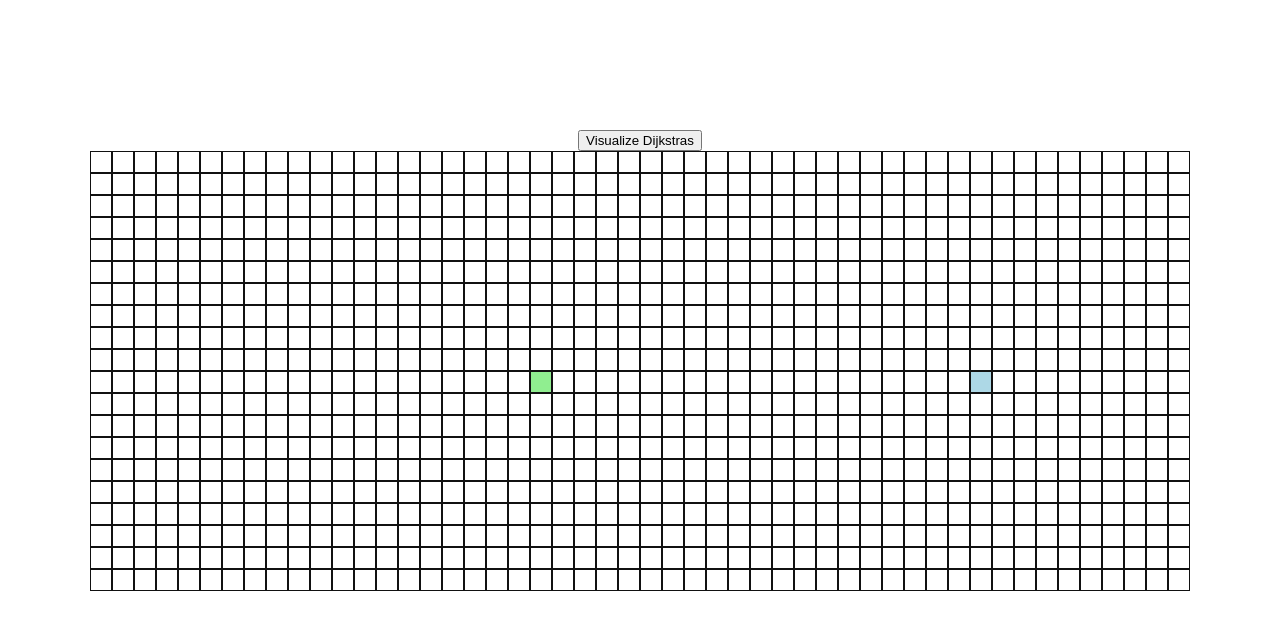
Repository: rehans-Life/Pathfinding-Visualizer
Page: /
The author's editor kept a copy of each file at every save. The page is drawn from the files as they stood at one save, then again after the next save.
The browser window is 1280 px wide. The pictures show the whole page.
The project was rebuilt for these pictures with package versions that can differ from the ones it lists, and the page was loaded fresh each time. The framework's server and built-in components were replaced by stand-ins that run in the browser. Also part of the build but not shown: next.config.js.

Above is the page before, as saved 2023-03-09 19:23:50.

### pages/index.js
import Head from "next/head";
import styles from "../styles/Home.module.css";
import Node from "../components/Node";
import { dijkstras } from "../algorithms/dijkstras";
import { useMemo, useState } from "react";

const START_ROW = 10;
const START_COL = 20;
const END_ROW = 10;
const END_COL = 40;

function getInitialGrid() {
  let grid = [];
  for (let i = 0; i < 20; i++) {
    let row = [];
    for (let j = 0; j < 50; j++) {
      const node = {
        row: i,
        col: j,
        isStart: i === START_ROW && j === START_COL,
        isEnd: i === END_ROW && j === END_COL,
        distance: Infinity,
        parent: null,
        isVisited: false,
        isWall: false,
      };
      row.push(node);
    }
    grid.push(row);
  }
  return grid;
}

export default function Home() {
  const [grid, setGrid] = useState(getInitialGrid());

  return (
    <div className={styles.container}>
      <Head>
        <title>Pathfinding Visualizer</title>
        <meta name="description" content="Generated by create next app" />
        <link rel="icon" href="/favicon.ico" />
      </Head>
      <button onClick={() => visualizeDijistras(grid, setGrid)}>
        Visualize Dijkstras
      </button>
      {grid.map((row, index) => (
        <div key={index} className={styles.row}>
          {row.map((node, index) => (
            <Node
              key={index}
              row={node.row}
              col={node.col}
              isStart={node.isStart}
              isEnd={node.isEnd}
              distance={node.distance}
              isVisited={node.isVisited}
              isWall={node.isWall}
            ></Node>
          ))}
        </div>
      ))}
    </div>
  );
}

const animteDijkstras = (visitedNodes, grid, setGrid) => {
  for (let i = 0; i < visitedNodes?.length; i++) {
    setTimeout(() => {
      let newGrid = grid.slice();

      let node = visitedNodes[i];
      let newNode = {
        ...node,
        isVisited: true,
      };

      newGrid[node.row][node.col] = newNode;
      setGrid(newGrid);
    }, 100 * i);
  }
};

const visualizeDijistras = (grid, setGrid) => {
  let startNode = grid[START_ROW][START_ROW];
  let endNode = grid[END_ROW][END_COL];
  let visitedNodes = dijkstras(grid, startNode, endNode);
  console.log(visitedNodes);
  animteDijkstras(visitedNodes, grid, setGrid);
};

### styles/Home.module.css
.container {
  display: flex;
  flex-direction: column;
  justify-content: center;
  align-items: center;
  width: 100vw;
  height: 100vh;
}
.node {
  padding: 10px;
  border: 1px solid #111;
  width: 10px;
}

.row {
  display: flex;
}

.startNode {
  padding: 10px;
  border: 1px solid #111;
  width: 10px;
  background-color: lightgreen;
}
.visited {
  background-color: black;
  padding: 10px;
  border: 1px solid #111;
  width: 10px;
}

.endNode {
  padding: 10px;
  border: 1px solid #111;
  width: 10px;
  background-color: lightblue;
}

### components/Node.js
import React from "react";
import styles from "../styles/Home.module.css";

export default function Node({
  row,
  col,
  isStart,
  isEnd,
  distance,
  isWall,
  isVisited,
}) {
  return (
    <div
      className={
        isStart
          ? styles.startNode
          : isEnd
          ? styles.endNode
          : isVisited
          ? styles.visited
          : styles.node
      }
    >
      {" "}
    </div>
  );
}

### algorithms/dijkstras.js
class PriorityQueue {
  constructor() {
    this.heap = [];
  }

  isEmpty() {
    return this.heap.length == 0;
  }

  insert(node) {
    this.heap.push(node);
    let i = this.heap.length - 1;
    this.siftup(i);
  }

  delete() {
    let temp = this.heap[0];
    this.heap[0] = this.heap[this.heap.length - 1];
    this.heap.pop();
    this.shiftdown(0);
    return temp;
  }

  siftup(i) {
    let parent = Math.floor((i - 1) / 2);
    while (parent >= 0 && this.heap[parent].distance > this.heap[i].distance) {
      let temp = this.heap[parent];
      this.heap[parent] = this.heap[i];
      this.heap[i] = temp;
      i = parent;
      parent = Math.floor((i - 1) / 2);
    }
  }
  shiftdown(i) {
    let leftChild = i * 2 + 1;
    let rightChild = i * 2 + 2;
    let n = this.heap.length;

    while (
      (leftChild < n &&
        this.heap[leftChild].distance < this.heap[i].distance) ||
      (rightChild < n && this.heap[rightChild].distance < this.heap[i].distance)
    ) {
      let smaller =
        rightChild >= n ||
        this.heap[leftChild].distance <= this.heap[rightChild].distance
          ? leftChild
          : rightChild;

      let temp = this.heap[i];
      this.heap[i] = this.heap[smaller];
      this.heap[smaller] = temp;

      i = smaller;
      leftChild = i * 2 + 1;
      rightChild = i * 2 + 2;
    }
  }
}

function isValid(row, col) {
  return row < 20 && row >= 0 && col < 50 && col >= 0;
}

export function dijkstras(grid, src, target) {
  let priorityQueue = new PriorityQueue();
  let delRow = [-1, +1, 0, 0];
  let delCol = [0, 0, -1, +1];

  let visitedNodes = [];

  priorityQueue.insert(src);
  src.distance = 0;
  visitedNodes.push(src);

  while (!priorityQueue.isEmpty()) {
    let node = priorityQueue.delete();

    for (let i = 0; i < 4; i++) {
      let adjRow = node.row + delRow[i];
      let adjCol = node.col + delCol[i];
      let newDistance = node.distance + 1;

      if (isValid(adjRow, adjCol)) {
        let adjNode = grid[adjRow][adjCol];
        if (newDistance < adjNode.distance) {
          adjNode.distance = newDistance;
          adjNode.parent = node;
          if (adjNode.row === target.row && adjNode.col === target.col) {
            return visitedNodes;
          }
          visitedNodes.push(adjNode);
          priorityQueue.insert(adjNode);
        }
      }
    }
  }
}

Loaded but not shown: pages/_app.js (common file); styles/globals.css (common file)

After the next save:
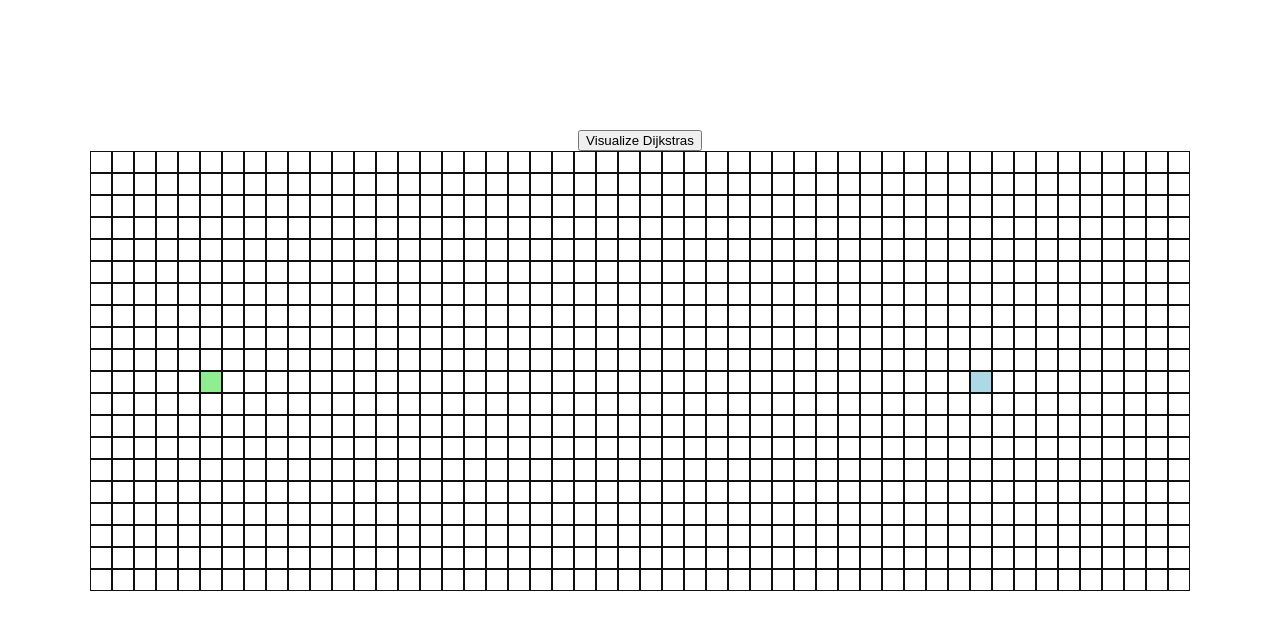
Saved 33 s later.
--- a/pages/index.js
+++ b/pages/index.js
@@ -5,7 +5,7 @@ import { dijkstras } from "../algorithms/dijkstras";
 import { useMemo, useState } from "react";
 
 const START_ROW = 10;
-const START_COL = 20;
+const START_COL = 5;
 const END_ROW = 10;
 const END_COL = 40;
 
@@ -82,7 +82,7 @@ const animteDijkstras = (visitedNodes, grid, setGrid) => {
 };
 
 const visualizeDijistras = (grid, setGrid) => {
-  let startNode = grid[START_ROW][START_ROW];
+  let startNode = grid[START_ROW][START_COL];
   let endNode = grid[END_ROW][END_COL];
   let visitedNodes = dijkstras(grid, startNode, endNode);
   console.log(visitedNodes);
